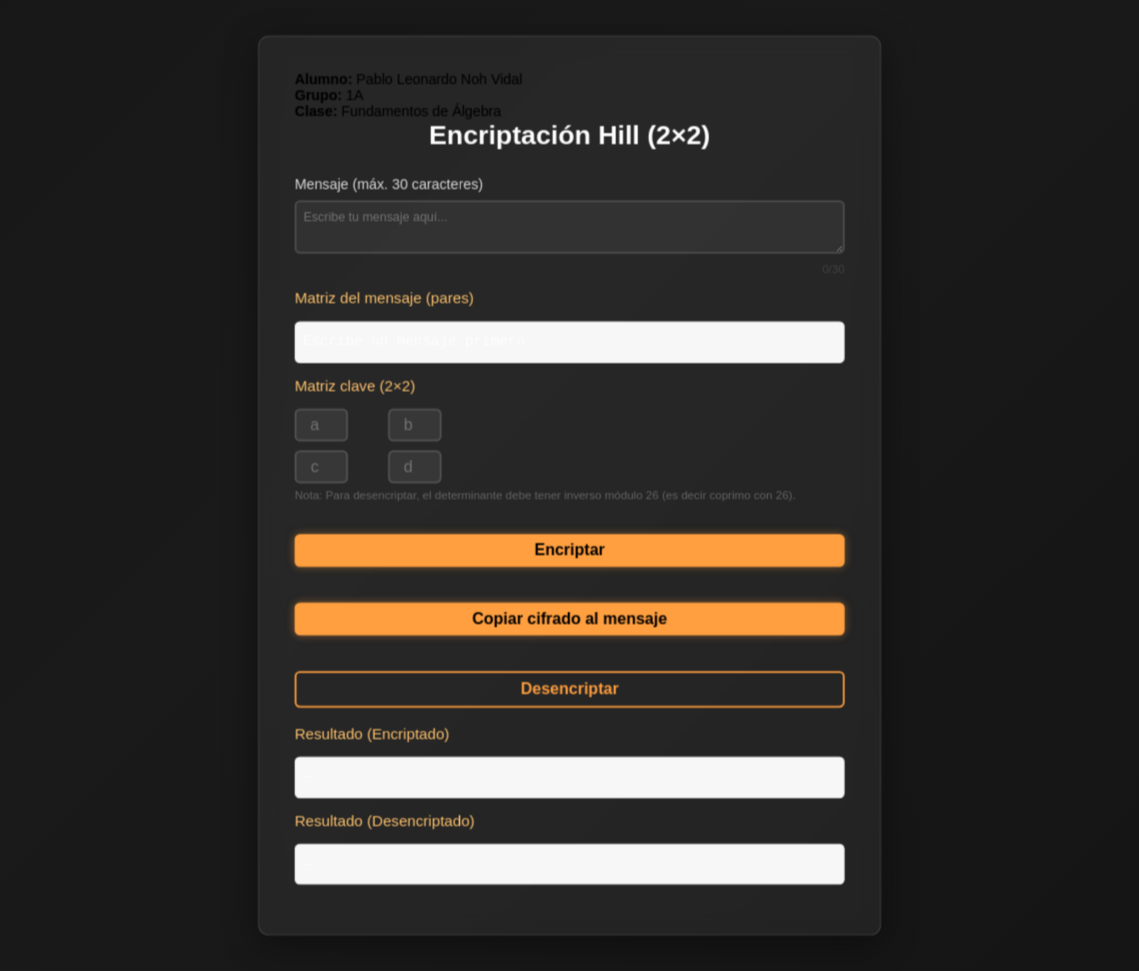
Repository: LeoTSW13/Clase-ejemplo-Algebra
Page: index.html
These files come from the project's save history. The page is drawn as it stood at one moment and after the next save; the edit follows.
The browser window is 1280 px wide. The pictures show the whole page, at 89% of full size.

Above is the page before, as saved 2025-11-26 11:13:17.

### index.html
<!DOCTYPE html>
<html lang="es">
<head>
    <meta charset="UTF-8" />
    <meta name="viewport" content="width=device-width, initial-scale=1.0"/>
    <title>Encriptación Hill</title>
    <link rel="stylesheet" href="styles.css">
    <style>
        /* Estilos mínimos para que se vea legible si no tienes styles.css */
        .container { max-width:700px; margin:20px auto; font-family:Arial, Helvetica, sans-serif; }
        .section { margin-bottom:16px; }
        textarea { width:100%; min-height:60px; resize:vertical; padding:8px; font-size:14px; }
        .matriz-display, .resultado-box { white-space:pre-wrap; background:#f7f7f7; padding:8px; border-radius:6px; min-height:36px; }
        .matriz-input input { width:60px; margin-right:6px; padding:6px; }
        button { padding:8px 12px; margin-right:8px; cursor:pointer; }
        .hint { font-size:13px; color:#666; margin-top:6px;}
        .char-count { font-size:13px; color:#444; margin-top:6px;}
        .error { color:#a00; }
    </style>
</head>
<body>
    <div class="container"><div class="datos-alumno">
    <p><strong>Alumno:</strong> Pablo Leonardo Noh Vidal</p>
    <p><strong>Grupo:</strong> 1A</p>
    <p><strong>Clase:</strong> Fundamentos de Álgebra</p>
</div>

        <h1>Encriptación Hill (2×2)</h1>

        <!-- MENSAJE -->
        <div class="section">
            <label for="mensaje">Mensaje (máx. 30 caracteres)</label>
            <textarea id="mensaje" maxlength="30" placeholder="Escribe tu mensaje aquí..."></textarea>
            <div class="char-count">0/30</div>
        </div>

        <!-- MATRIZ DEL MENSAJE -->
        <div class="section">
            <h3>Matriz del mensaje (pares)</h3>
            <div id="matrizMensaje" class="matriz-display">—</div>
        </div>

        <!-- MATRIZ CLAVE -->
        <div class="section">
            <h3>Matriz clave (2×2)</h3>
            <div class="matriz-input">
                <input type="number" id="k11" placeholder="a">
                <input type="number" id="k12" placeholder="b">
                <input type="number" id="k21" placeholder="c">
                <input type="number" id="k22" placeholder="d">
            </div>
            <div class="hint">
                Nota: Para desencriptar, el determinante debe tener inverso módulo 26 (es decir coprimo con 26).
            </div>
        </div>

        <!-- BOTONES -->
        <button id="encriptar">Encriptar</button>
        <button id="copiarCifrado" type="button">Copiar cifrado al mensaje</button>
        <button id="desencriptar" class="secondary">Desencriptar</button>

        <!-- RESULTADO CIFRADO -->
        <div class="section">
            <h3>Resultado (Encriptado)</h3>
            <div id="resultado" class="resultado-box">—</div>
        </div>

        <!-- RESULTADO DESCIFRADO -->
        <div class="section">
            <h3>Resultado (Desencriptado)</h3>
            <div id="resultadoDes" class="resultado-box">—</div>
        </div>

    </div>

    <script src="script.js"></script>
</body>
</html>

### styles.css
/* ------------------------------
   RESET
------------------------------ */
* {
    margin: 0;
    padding: 0;
    box-sizing: border-box;
}

/* ------------------------------
   FONDO ANIMADO MINIMALISTA
------------------------------ */
body {
    font-family: 'Segoe UI', Tahoma, Geneva, Verdana, sans-serif;
    min-height: 100vh;
    display: flex;
    justify-content: center;
    align-items: center;
    padding: 20px;

    /* Gradiente animado */
    background: linear-gradient(-45deg, #0e0e0e, #1a1a1a, #111, #191919);
    background-size: 400% 400%;
    animation: gradientBG 12s ease infinite;
}

@keyframes gradientBG {
    0% { background-position: 0% 50%; }
    50% { background-position: 100% 50%; }
    100% { background-position: 0% 50%; }
}

/* ------------------------------
   CONTENEDOR GLASS
------------------------------ */
.container {
    background: rgba(255,255,255,0.06);
    backdrop-filter: blur(12px);
    border: 1px solid rgba(255,255,255,0.15);
    max-width: 600px;
    width: 100%;
    padding: 40px;
    border-radius: 12px;
    box-shadow: 0 10px 40px rgba(0, 0, 0, 0.4);
}

/* ------------------------------
   TITULOS
------------------------------ */
h1 {
    color: #ffffff;
    text-align: center;
    margin-bottom: 30px;
    font-size: 30px;
    font-weight: 600;
}

h3 {
    color: #ffc36e;
    margin-bottom: 15px;
    font-size: 17px;
    font-weight: 500;
}

/* ------------------------------
   SECCIONES
------------------------------ */
.section {
    margin-bottom: 25px;
}

label {
    display: block;
    color: #dddddd;
    margin-bottom: 8px;
    font-weight: 500;
}

/* ------------------------------
   TEXTAREA
------------------------------ */
textarea {
    width: 100%;
    padding: 12px;
    border: 2px solid rgba(255,255,255,0.15);
    border-radius: 6px;
    font-size: 16px;
    resize: vertical;
    min-height: 80px;
    font-family: inherit;
    background: rgba(255,255,255,0.05);
    color: #fff;
    transition: 0.3s;
}

textarea:focus {
    outline: none;
    border-color: #ff9f3f;
}

/* ------------------------------
   CONTADOR
------------------------------ */
.char-count {
    text-align: right;
    color: #bbbbbb;
    font-size: 12px;
    margin-top: 5px;
}

/* ------------------------------
   MATRIZ RESULTADO
------------------------------ */
.matriz-display,
.resultado-box {
    background: rgba(255,255,255,0.06);
    padding: 20px;
    border-radius: 6px;
    border: 1px solid rgba(255,255,255,0.15);
    min-height: 60px;
    font-family: 'Courier New', monospace;
    color: #ffffff;
    line-height: 1.8;
}

/* ------------------------------
   INPUT MATRIZ CLAVE
------------------------------ */
.matriz-input {
    display: grid;
    grid-template-columns: 1fr 1fr;
    gap: 10px;
    max-width: 200px;
}

.matriz-input input {
    padding: 12px;
    border: 2px solid rgba(255,255,255,0.15);
    border-radius: 6px;
    font-size: 18px;
    text-align: center;
    background: rgba(255,255,255,0.08);
    color: #fff;
    transition: 0.3s;
}

.matriz-input input:focus {
    outline: none;
    border-color: #ff9f3f;
}

/* ------------------------------
   BOTONES ELEGANTES
------------------------------ */
button {
    width: 100%;
    padding: 15px;
    background: #ff9f3f;
    color: #000;
    border: none;
    border-radius: 6px;
    font-size: 18px;
    font-weight: 600;
    cursor: pointer;
    transition: 0.3s;
    margin: 20px 0;
    box-shadow: 0 0 10px rgba(255,159,63,0.4);
}

button:hover {
    background: #ffb86b;
    transform: translateY(-2px);
    box-shadow: 0 0 14px rgba(255,159,63,0.7);
}

button:active {
    transform: scale(0.97);
}

/* Segundo botón estilo outline */
.secondary {
    background: transparent;
    border: 2px solid #ff9f3f;
    color: #ff9f3f;
    box-shadow: none;
}

.secondary:hover {
    background: rgba(255,159,63,0.12);
}

/* ------------------------------
   ERRORES
------------------------------ */
.error {
    color: #ff6b6b;
    background: rgba(255, 80, 80, 0.15);
    border-color: #ff6b6b;
}

### script.js
// ---------------------------
// Hill cipher (2x2) - versión robusta
// ---------------------------

// Referencias DOM
const mensajeEl = document.getElementById('mensaje');
const matrizMensaje = document.getElementById('matrizMensaje');
const k11 = document.getElementById('k11');
const k12 = document.getElementById('k12');
const k21 = document.getElementById('k21');
const k22 = document.getElementById('k22');
const btnEncriptar = document.getElementById('encriptar');
const btnDesencriptar = document.getElementById('desencriptar');
const btnCopiar = document.getElementById('copiarCifrado');
const resultado = document.getElementById('resultado');       // encriptado
const resultadoDes = document.getElementById('resultadoDes'); // desencriptado

// Estado temporal para restaurar original (solo si encriptaste aquí)
window._lastEncryption = null;

// Utilidades
const mod = (n,m=26) => ((n % m) + m) % m;
const letraANum = c => c.charCodeAt(0) - 65;
const numALetra = n => String.fromCharCode(mod(n,26) + 65);

// Limpia texto: deja solo A-Z. opcional: pad=false/true
function limpiarSoloLetras(s, pad=false) {
    let limpio = (s || '').toUpperCase().replace(/[^A-Z]/g, '');
    if (pad && (limpio.length % 2 !== 0)) {
        limpio += 'X';
    }
    return limpio;
}

// Muestra matriz de pares (solo ref visual)
function mostrarMatrizMensaje() {
    const texto = limpiarSoloLetras(mensajeEl.value, false);
    if (!texto) {
        matrizMensaje.textContent = 'Escribe un mensaje primero...';
        return;
    }
    const vals = texto.split('').map(letraANum);
    let out = '[';
    for (let i=0;i<vals.length;i+=2) {
        if (i>0) out += ' ';
        out += '[' + vals[i] + ', ' + ( (i+1 < vals.length) ? vals[i+1] : 23 ) + ']';
    }
    out += ']';
    matrizMensaje.textContent = out;
}

// Actualizar contador y matriz
mensajeEl.addEventListener('input', () => {
    document.querySelector('.char-count').textContent = `${mensajeEl.value.length}/30`;
    mostrarMatrizMensaje();
});
mostrarMatrizMensaje();

// Leer y normalizar clave (mod 26)
// devuelve objeto {a,b,c,d} con valores en 0..25, o null si falta alguno
function leerClave() {
    const vals = [k11.value, k12.value, k21.value, k22.value];
    if (vals.some(v => v === '' || v === null || typeof v === 'undefined')) return null;
    const a = mod(parseInt(k11.value,10));
    const b = mod(parseInt(k12.value,10));
    const c = mod(parseInt(k21.value,10));
    const d = mod(parseInt(k22.value,10));
    if ([a,b,c,d].some(x => Number.isNaN(x))) return null;
    return { a,b,c,d };
}

// Inverso modular via Euclides extendido (robusto)
function egcd(a,b) {
    if (b === 0) return { g: a, x: 1, y: 0 };
    const r = egcd(b, a % b);
    return { g: r.g, x: r.y, y: r.x - Math.floor(a / b) * r.y };
}
function modInv(a,m=26) {
    a = mod(a,m);
    const r = egcd(a,m);
    if (r.g !== 1) return null;
    return mod(r.x,m);
}

// ---------------------------
// ENCRIPTAR
// ---------------------------
btnEncriptar.addEventListener('click', () => {
    resultado.classList.remove('error');
    resultadoDes.classList.remove('error');
    resultadoDes.textContent = '—';

    const raw = mensajeEl.value || '';
    const key = leerClave();
    if (!key) {
        resultado.classList.add('error');
        resultado.textContent = 'Error: completa los 4 valores de la matriz (a,b,c,d).';
        return;
    }

    // Limpiar y añadir padding si hace falta
    const cleanedNoPad = limpiarSoloLetras(raw, false);
    if (!cleanedNoPad) {
        resultado.classList.add('error');
        resultado.textContent = 'Error: ingresa texto a cifrar (letras A-Z).';
        return;
    }
    let padded = cleanedNoPad;
    let paddedAdded = false;
    if (padded.length % 2 !== 0) { padded += 'X'; paddedAdded = true; }

    // Encriptar por bloques
    let cipher = '';
    for (let i=0;i<padded.length;i+=2) {
        const x = letraANum(padded[i]);
        const y = letraANum(padded[i+1]);
        const r1 = mod(key.a * x + key.b * y);
        const r2 = mod(key.c * x + key.d * y);
        cipher += numALetra(r1) + numALetra(r2);
    }

    // Guardar estado para poder restaurar ORIGINAL con espacios/case si el usuario
    // desencripta inmediatamente después (mejor experiencia)
    window._lastEncryption = {
        originalRaw: raw,
        cleanedNoPad: cleanedNoPad,
        padded: padded,
        paddedAdded: paddedAdded,
        key: key,
        cipher: cipher
    };

    resultado.textContent = cipher;
});

// Botón: copiar cifrado al textarea (comodidad para probar desencriptar)
btnCopiar.addEventListener('click', () => {
    if (resultado.textContent && resultado.textContent !== '—') {
        mensajeEl.value = resultado.textContent;
        mensajeEl.dispatchEvent(new Event('input'));
    }
});

// ---------------------------
// DESENCRIPTAR
// ---------------------------
btnDesencriptar.addEventListener('click', () => {
    resultado.classList.remove('error');
    resultadoDes.classList.remove('error');

    const key = leerClave();
    if (!key) {
        resultadoDes.classList.add('error');
        resultadoDes.textContent = 'Error: completa los 4 valores de la matriz (a,b,c,d).';
        return;
    }

    // Tomamos EXACTAMENTE el contenido del textarea como ciphertext (no forzamos padding)
    let cipherText = limpiarSoloLetras(mensajeEl.value, false);
    if (!cipherText) {
        resultadoDes.classList.add('error');
        resultadoDes.textContent = 'Error: ingresa texto cifrado en el textarea para desencriptar.';
        return;
    }

    // Si ciphertext tiene longitud impar, la reparo automáticamente y aviso
    let repaired = false;
    if (cipherText.length % 2 !== 0) {
        cipherText += 'X';
        repaired = true;
    }

    // Determinante y su inverso mod26
    // Usamos las entradas normalizadas de key (0..25)
    const det = mod(key.a * key.d - key.b * key.c);
    const invDet = modInv(det, 26);
    if (invDet === null) {
        resultadoDes.classList.add('error');
        resultadoDes.textContent = `Error: El determinante = ${det} no tiene inverso módulo 26 → no es posible desencriptar con esta clave.`;
        return;
    }

    // Matriz inversa: invDet * adj (adj = [d, -b; -c, a]) normalizada
    const ai = mod(invDet * key.d);
    const bi = mod(invDet * (-key.b));
    const ci = mod(invDet * (-key.c));
    const di = mod(invDet * key.a);

    // Desencriptar bloques
    let plainClean = '';
    for (let i=0;i<cipherText.length;i+=2) {
        const x = letraANum(cipherText[i]);
        const y = letraANum(cipherText[i+1]);
        const p1 = mod(ai * x + bi * y);
        const p2 = mod(ci * x + di * y);
        plainClean += numALetra(p1) + numALetra(p2);
    }

    // Intentar restaurar formato original (espacios y mayúsculas/minúsculas)
    // Solo se puede hacer si la encriptación la hiciste en esta misma sesión con este UI
    if (window._lastEncryption && window._lastEncryption.cipher === cipherText.slice(0, window._lastEncryption.cipher.length)) {
        // Si coincide exactamente (o coincide la parte inicial), devolvemos el original exacto
        resultadoDes.textContent = `Resultado: ${window._lastEncryption.originalRaw}`;
        // También mostramos la limpieza que se devolvió para verificación
        if (window._lastEncryption.paddedAdded && plainClean.endsWith('X')) {
            // quitar la X añadida en cifrado para mostrar la versión sin padding en log
            const withoutPad = plainClean.slice(0, -1);
            resultadoDes.textContent += `\n(Descifrado limpio sin padding: ${withoutPad})`;
        } else {
            resultadoDes.textContent += `\n(Descifrado limpio: ${plainClean})`;
        }
        return;
    }

    // Si no podemos restaurar el original (no fue creado aquí), devolvemos texto limpio A–Z
    // y removemos el padding X final solo si lo detectamos justo añadido por reparación
    let finalPlain = plainClean;
    if (repaired && finalPlain.endsWith('X')) {
        finalPlain = finalPlain.slice(0, -1);
    }

    resultadoDes.textContent = `Resultado: ${finalPlain}`;
});

After the next save:
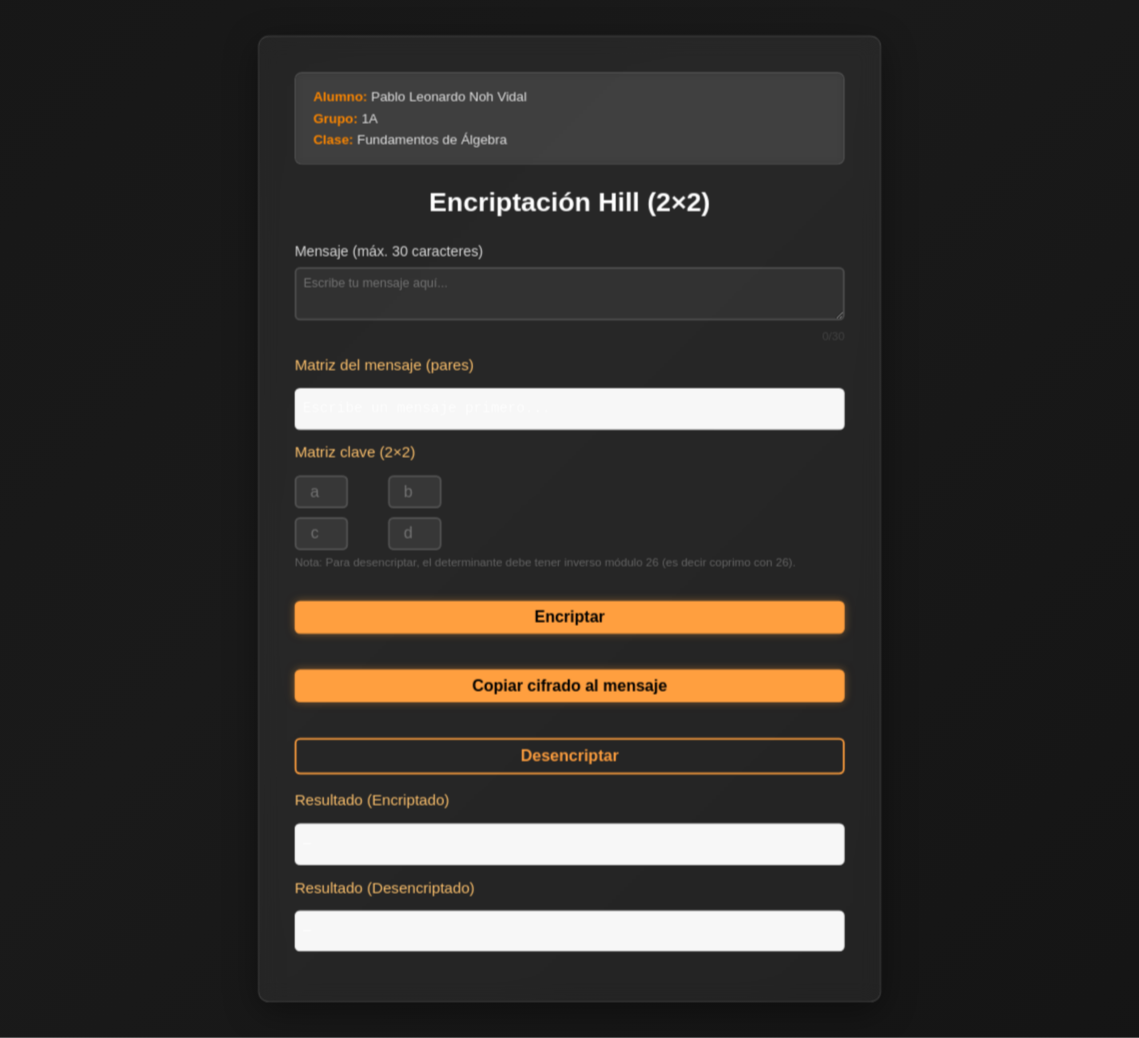
Saved 14 s later.
--- a/styles.css
+++ b/styles.css
@@ -197,3 +197,19 @@ button:active {
     background: rgba(255, 80, 80, 0.15);
     border-color: #ff6b6b;
 }
+.datos-alumno {
+    background: #ffffff10;
+    border: 1px solid rgba(255, 255, 255, 0.15);
+    padding: 15px 20px;
+    border-radius: 8px;
+    margin-bottom: 25px;
+    color: #e6e6e6;
+    backdrop-filter: blur(5px);
+    -webkit-backdrop-filter: blur(5px);
+    font-size: 15px;
+    line-height: 1.6;
+}
+
+.datos-alumno strong {
+    color: #ff8800;
+}
